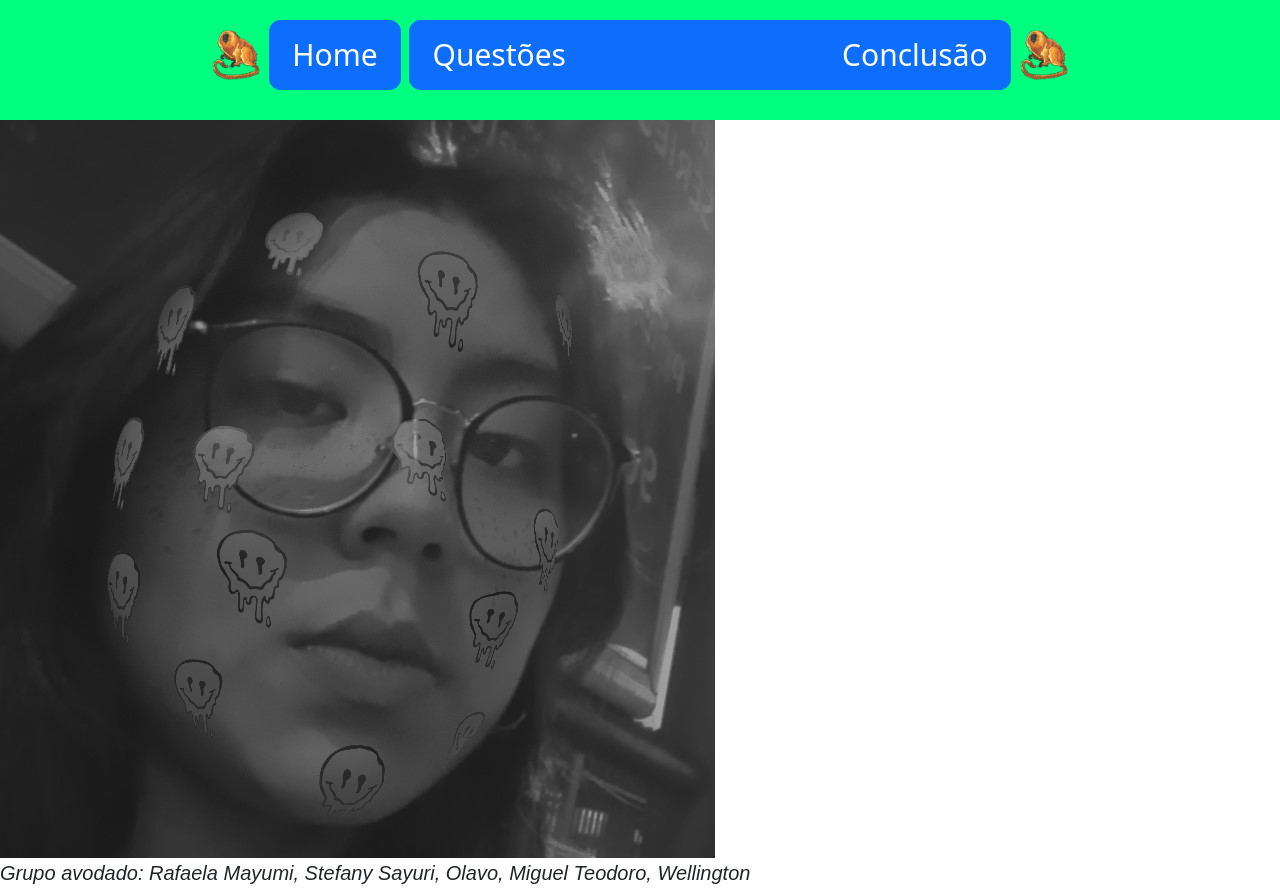
Repository: OlavoSchiavi/Site-de-biologia
Page: participantes.html
The author's editor kept a copy of each file at every save. The page is drawn from the files as they stood at one save, then again after the next save.
The browser window is 1280 px wide. The pictures show the whole page.

Above is the page before, as saved 2023-04-18 22:36:26.
Not found: JS/script.js

### participantes.html
<!DOCTYPE html>
<html lang="pt-br">
<head>
    <meta charset="UTF-8">
    <meta http-equiv="X-UA-Compatible" content="IE=edge">
    <meta name="viewport" content="width=device-width, initial-scale=1.0">
    <title>Site de biologia - Paticipantes</title>
    <link rel="stylesheet" href="CSS/style.css">
    <link href="https://cdn.jsdelivr.net/npm/bootstrap@5.3.0-alpha3/dist/css/bootstrap.min.css" rel="stylesheet" integrity="sha384-KK94CHFLLe+nY2dmCWGMq91rCGa5gtU4mk92HdvYe+M/SXH301p5ILy+dN9+nJOZ" crossorigin="anonymous">
    <link rel="icon" href="imagens/monkey.png" type="image/png">
    <link rel="stylesheet" href="JS/script.js">
    <link rel="icon" type="image/png" href="imagens/arara.png">
</head>
<body>
    <header>
        <nav class="mapa">
            <img id="logo" src="imagens/monkey.png" alt="Logo">
            <button type="button" class="btn btn-primary">
                <a href="index.html" class="button">Home</a>
            </button>
            <div class="btn-group" role="group" aria-label="Basic example">
                <button type="button" class="btn btn-primary">
                    <a href="quest.html" class="button">Questões</a>
                </button>
                <button type="button" class="btn btn-primary">
                    <a href="participantes.html">Participantes</a>
                </button>
                <button type="button" class="btn btn-primary">Conclusão</button>
              </div>
              <img id="logo" src="imagens/monkey.png" alt="Logo">
        </nav>
    </header>
    <main>
        <img src="imagens/sayuri.jpeg" alt="Foto de perfil" class="foto-de-perfil">
    </main>
    <footer style="font-size: 20px; font-style: italic;">
        Grupo avodado: Rafaela Mayumi, Stefany Sayuri, Olavo, Miguel Teodoro, Wellington
    </footer>
</body>
</html>

### CSS/style.css
header{
    padding: 20px;
    height: 120px;
    background-color:springgreen;
}
.arara{
    width: 20%;
    float: right;
}
#logo{
    width: 50px;
}

body,main,footer,html{
    font-family: Arial, Helvetica, sans-serif;
    font-size: 30px;
}
.button{
    color:white;
    text-decoration: none;
}
.mapa{
    text-align: center;
}
h1,h4{
    text-align: center;
}
h6{
    font-style:oblique;
}
.checkbox {
    display: none;
}
.btn-toggle {
    margin-bottom: 0;
    cursor: pointer;
    border-radius: 3px;
}
.btn-toggle-primary {
    color: #fff;
    background-color: #4caf50;
    border-color: #4caf50;
    text-align: center;
}
.btn-toggle-primary:hover {
    color: #fff;
    background-color: #4caf50;
    border-color: #4caf50;
    text-align: center;
}
.btn-toggle-primary:focus {
    color: #fff;
    background-color: #4caf50;
    border-color: #4caf50;
    box-shadow: none;
    text-align: center;
}
.btn-toggle-primary.active {
    color: #fff;
    background-color: #2196f3;
    border-color: #2196f3;
    text-align: center;
}
.btn-toggle-primary.active:hover {
    color: #fff;
    background-color: #2196f3;
    border-color: #2196f3;
    text-align: center;
}
.checkbox:checked ~ .texto {
    display: block;
}
.texto {
    display: none;
    margin-top: 10px;
    padding: 10px;
    background-color: #f2f2f2;
}
.perfil {
    width: 20%;
    height: 100px;
    border-radius: 50%;
    border: 3px solid #fff;
    box-shadow: 0 0 5px rgba(0, 0, 0, 0.5);
  }

After the next save:
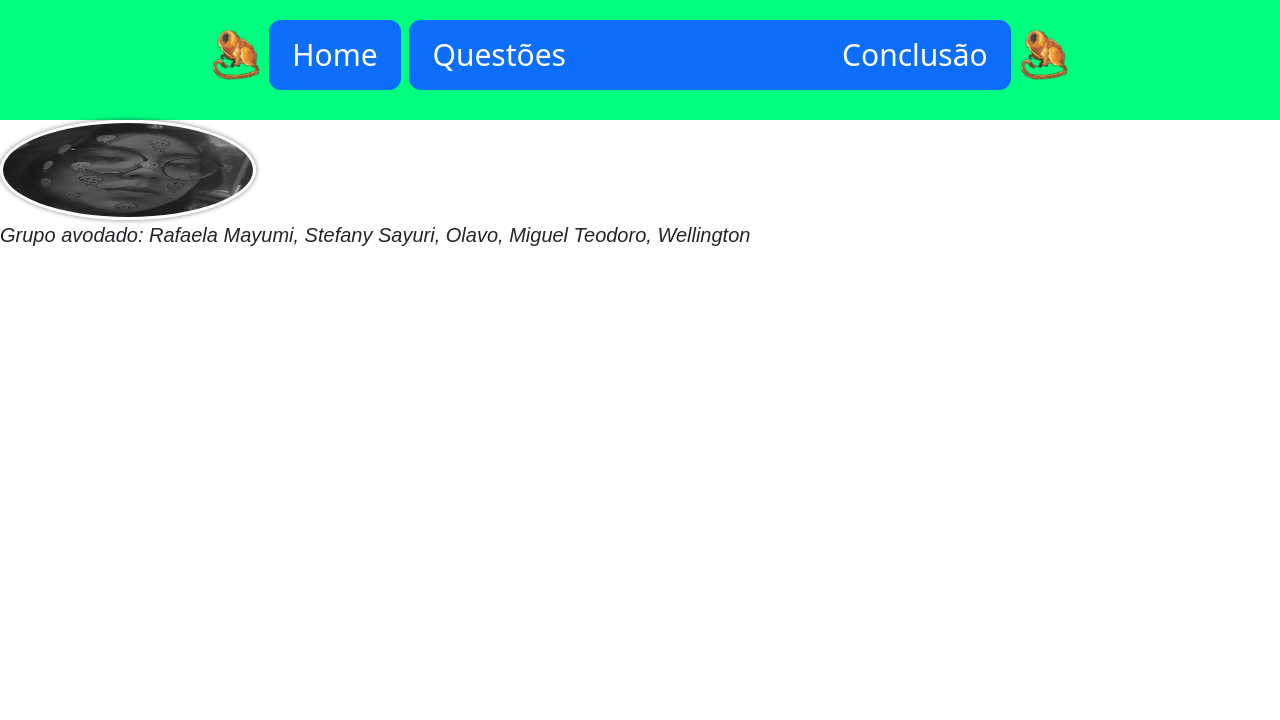
Saved 11 s later.
--- a/participantes.html
+++ b/participantes.html
@@ -31,7 +31,7 @@
         </nav>
     </header>
     <main>
-        <img src="imagens/sayuri.jpeg" alt="Foto de perfil" class="foto-de-perfil">
+        <img src="imagens/sayuri.jpeg" alt="Foto de perfil" class="perfil">
     </main>
     <footer style="font-size: 20px; font-style: italic;">
         Grupo avodado: Rafaela Mayumi, Stefany Sayuri, Olavo, Miguel Teodoro, Wellington
